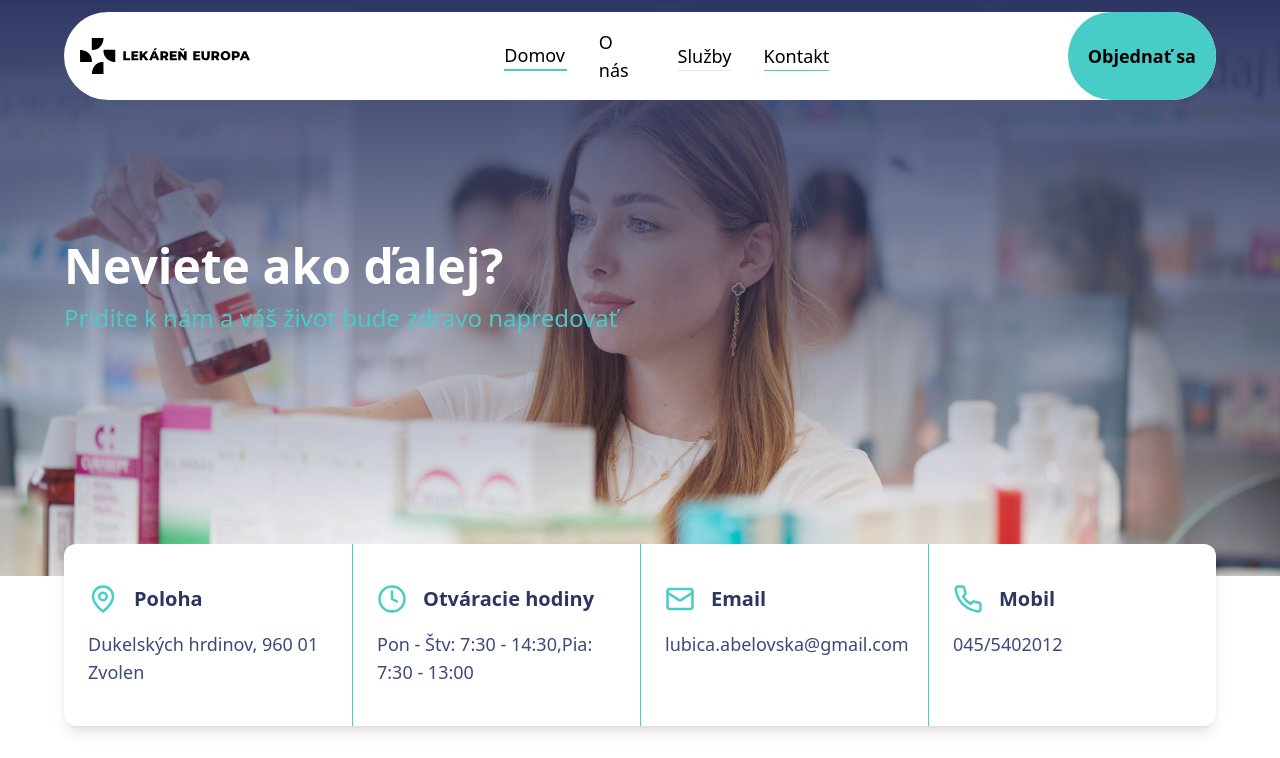
Repository: SimonSkoda13/Lekaren
Page: /
An editor plug-in stored every save of this project. The page is shown before and after the next save, followed by the edit.
The browser window is 1280 px wide. The pictures show the whole page.
The project was rebuilt for these pictures with package versions that can differ from the ones it lists, and the page was loaded fresh each time. The framework's server and built-in components were replaced by stand-ins that run in the browser. Also part of the build but not shown: next.config.js.

Above is the page before, as saved 2023-04-22 20:35:07.

After the next save:
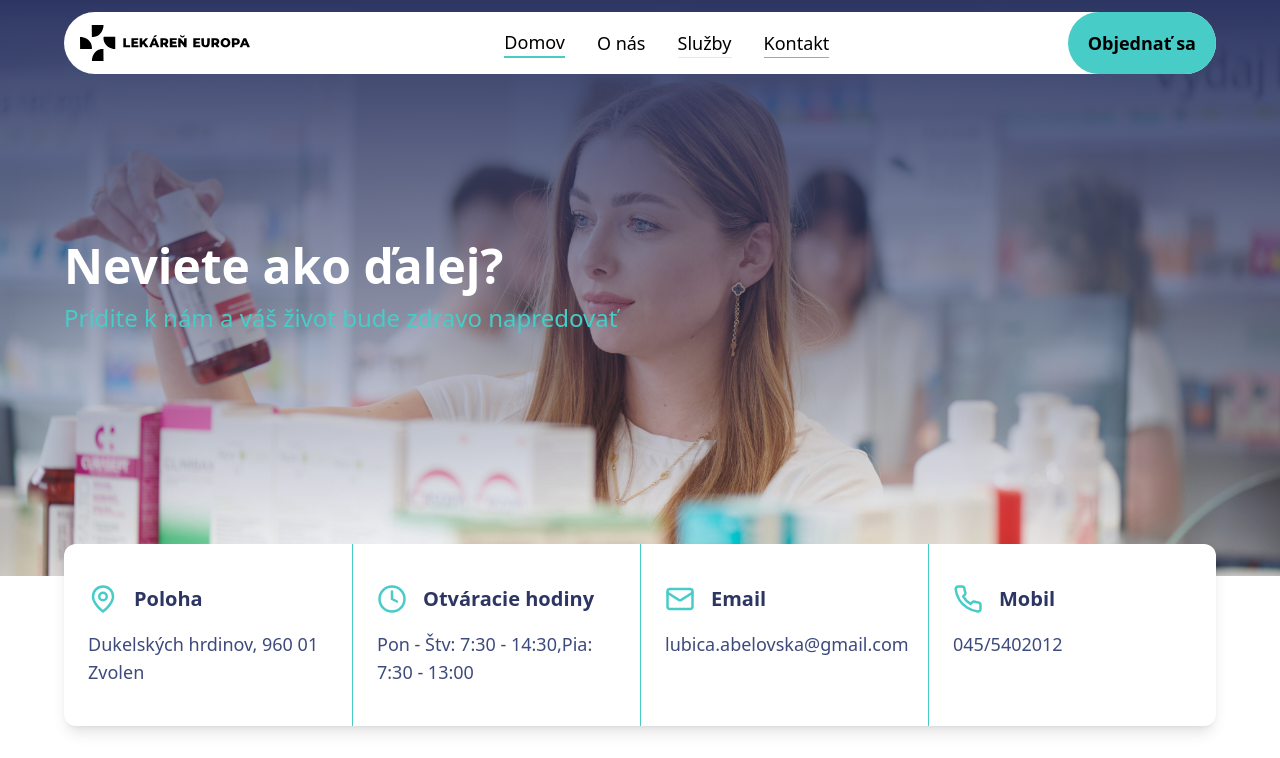
Saved 6 s later.
--- a/src/app/components/Header/Nav/Nav.tsx
+++ b/src/app/components/Header/Nav/Nav.tsx
@@ -14,7 +14,7 @@ export const Nav = () => {
         href="/"
         className={
           path === "/"
-            ? "inline-block border-primary border-b-2 w-1/5"
+            ? "inline-block border-primary border-b-2 w-1/10"
             : "transition ease-in-out delay-150 inline-block hover:border-b hover:border-secondary"
         }
       >
